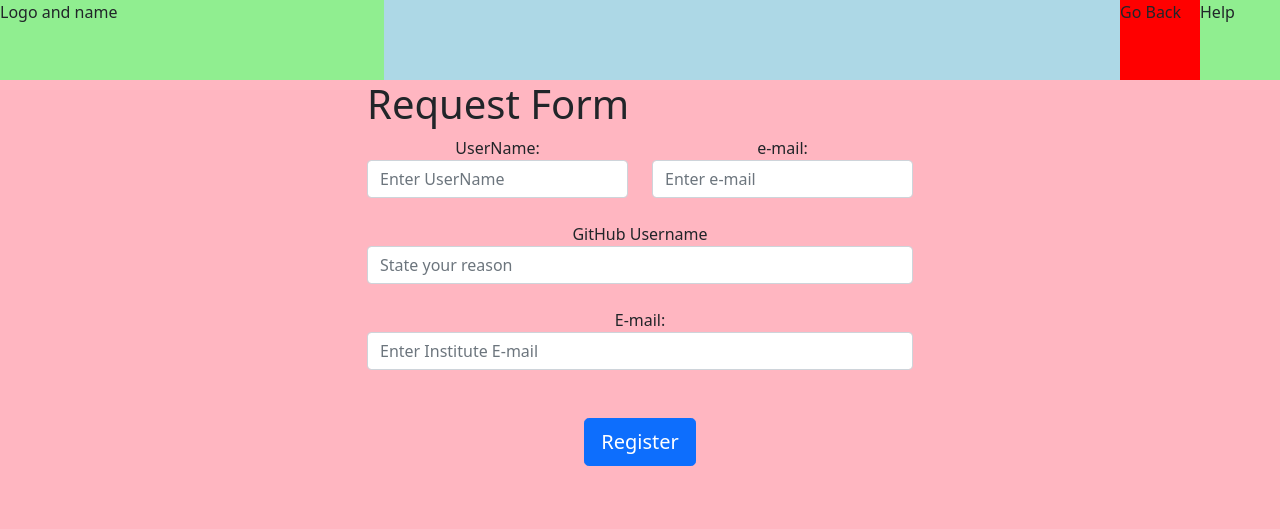
Repository: poornasyamasundar/Software-Project-Manager
Page: SoftwareManager/Templates/register.html
The author's editor kept a copy of each file at every save. The page is drawn from the files as they stood at one save, then again after the next save.
The browser window is 1280 px wide. The pictures show the whole page.

Above is the page before, as saved 2021-10-19 11:30:59.

After the next save:
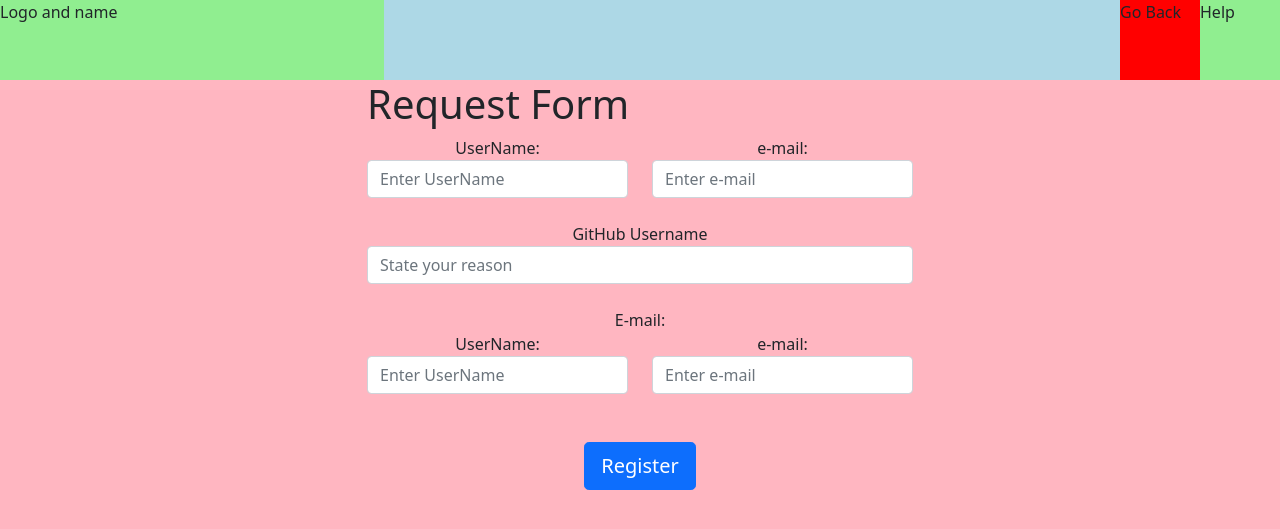
Saved 50 s later.
--- a/SoftwareManager/Templates/register.html
+++ b/SoftwareManager/Templates/register.html
@@ -63,7 +63,17 @@
 					<input type="text" name="reason" class="form-control" placeholder="State your reason">
 					<br>
 					<label>E-mail:</label>
-					<input type="email" name="email" class="form-control" placeholder="Enter Institute E-mail">
+					<div class="row">
+						<div class="col-lg-6">
+						  <label for="">UserName: </label>
+						  <input type="text" name="name" class="form-control" placeholder="Enter UserName">
+						</div>
+
+						  <div class="col-lg-6">
+							<label for="">e-mail: </label>
+							<input type="text" name="name" class="form-control" placeholder="Enter e-mail">
+						  </div>
+					  </div>
 					<br>
 					<br>
 					<input type="submit" name="submit" value="Register" class="btn btn-primary btn-lg">
